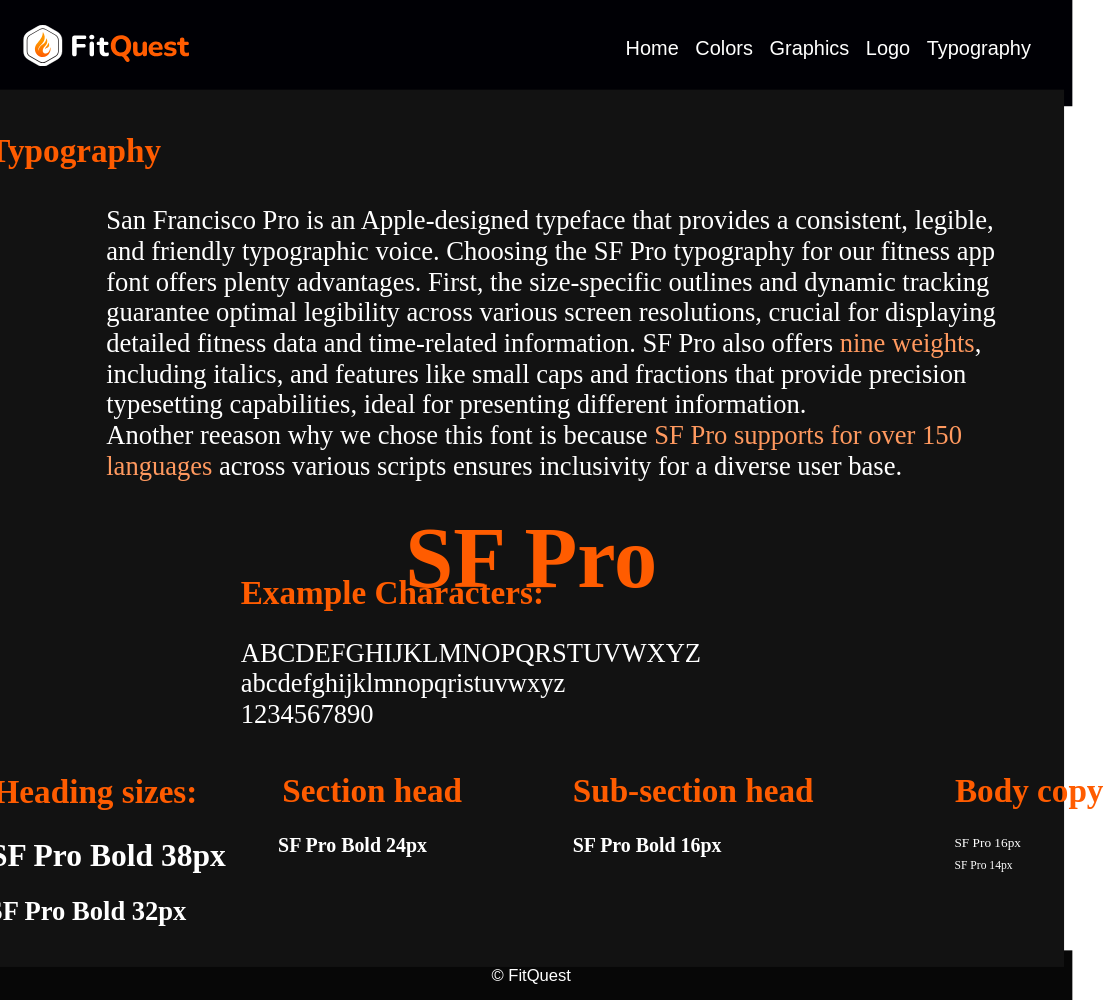
Repository: KyannaKrueger/a5styleguide
Page: /typography
The author's editor kept a copy of each file at every save. The page is drawn from the files as they stood at one save, then again after the next save.
The browser window is 1280 px wide. The page is 1340 px wide, so the pictures cover 1340 px, including what lies to the right of the window. The pictures show the whole page, at 83% of full size.
The project was rebuilt for these pictures with package versions that can differ from the ones it lists, and the page was loaded fresh each time. The framework's server and built-in components were replaced by stand-ins that run in the browser. Also part of the build but not shown: next.config.mjs.

Above is the page before, as saved 2024-04-09 12:00:40.

### pages/typography.js
import styles from "@/styles/typography.module.css";
import Header from "@/components/Header";
import Footer from "@/components/Footer";
import Head from 'next/head';

export default function Typography() {
    return (
      <>
      <Head>
        <title>Your Page Title</title>
        <link rel="preconnect" href="https://fonts.googleapis.com" />
        <link rel="preconnect" href="https://fonts.gstatic.com" crossOrigin="true" />
        <link href="https://fonts.googleapis.com/css2?family=Nunito:ital,wght@0,200..1000;1,200..1000&display=swap" rel="stylesheet" />
      </Head>
      <Header/>
        <main className={styles.typography}>
        <h1 className={styles.typoTitle}>Typography</h1>
        <p className={styles.typoText}>San Francisco Pro is an Apple-designed typeface that provides a consistent, legible, and friendly typographic voice.

            Choosing the SF Pro typography for our fitness app font offers plenty advantages. First, the size-specific outlines and dynamic tracking guarantee optimal legibility across various screen resolutions, crucial for displaying detailed fitness data and time-related information.

            SF Pro also offers <span className={styles.orange}>nine weights</span>, including italics, and features like small caps and fractions that provide precision typesetting capabilities, ideal for presenting different information.<br/>

            Another reeason why we chose this font is because  <span className={styles.orange}>SF Pro supports for over 150 languages</span> across various scripts ensures inclusivity for a diverse user base.</p>
        <h1 className={styles.bigSF}>SF Pro</h1>
        <div className={styles.exampleContainer}>
          <div className={styles.mainExContainer}>
              <h3 className={styles.characterH}>Example Characters:</h3>
              <p className={styles.characters}>ABCDEFGHIJKLMNOPQRSTUVWXYZ<br/>abcdefghijklmnopqristuvwxyz<br/>1234567890</p>
          </div>
        </div>
        <h3 className={styles.headingH}>Heading sizes:</h3>
        <p className={styles.hOne}>SF Pro Bold 38px</p>
        <p className={styles.hTwo}>SF Pro Bold 32px</p>
        <div className={styles.subContainer}>
          <div className={styles.subConOne}>
            <h3 className={styles.sec}>Section head</h3>
            <p className={styles.secH}>SF Pro Bold 24px</p>
          </div>
          <div className={styles.subCon}>
            <h3 className={styles.secSub}>Sub-section head</h3>
            <p className={styles.sub}>SF Pro Bold 16px</p>
          </div>
          <div className={styles.bodyContainer}>
            <h3 className={styles.bodyCopy}>Body copy</h3>
            <p className={styles.bodyOne}>SF Pro 16px</p>
            <p className={styles.bodyTwo}>SF Pro 14px</p>
          </div>
        </div>
        </main>
        <Footer/>
      </>
    );
  }

### styles/typography.module.css
.typography {
    display: flex;
    flex-direction: column;
    align-items: center;
    text-align: left;
    padding: 6rem;
    min-height: 90vh;
    background-color: #121212;
    margin:-10px;
    padding: 0px;
    font-family: SF pro;
    position: relative;
  }

  .typoTitle{
    color: #ff5c00;
    margin-left: -1100px;
    margin-bottom: -8px;
    margin-top: 50px;
    font-size: 40px;
  }

  .orange {
    color: #ff995f;
  }

  .typoText {
    color:#ffffff;
    font-family: SF pro;
    font-size: 32px;
    padding: 80px;
    margin-top: -30px;
    margin-left: 50px;
  }

  .bigSF {
    color: #ff5c00;
    font-size: 104px;
    margin-top: -80px;
    margin-bottom: 0px;
  }

  .characterH {
    color: #ff5c00;
    text-align: left;
    margin-left: -700px;
    margin-top: -40px;
    font-size: 40px;
  }

.characters {
    color: #ffffff;
    margin-left: -700px;
    margin-top: -10px;
    font-size: 32px;
}

.headingH {
    color: #ff5c00;
    text-align: left;
    margin-left: -1050px;
    margin-top: 20px;
    font-size: 40px;
  }

.exampleContainer {
    display: flex;
    flex-direction: row;
    justify-content: space-between;
    margin-left: 700px;
}

.mainExContainer {
    display: flex;
    flex-direction: column;
}

.logoExContainer {
    display: flex;
    flex-direction: column;
    margin-top: -50px;
}

.logoExH {
    color: #ff5c00;
    text-align: left;
    margin-left: 0px;
    margin-top: 0px;
    font-family: Nunito;
    font-weight: 800;
    font-size: 40px;
  }

  .charactersLogo{
    color: #ffffff;
    margin-left: 0px;
    margin-top: 0px;
    font-family: Nunito;
    font-weight: 800;
    font-size: 32px;
}

.headingDescript {
    color: #fff;
    margin-left: -650px;
    margin-top: -10px;
    font-size: 32px;
}

.hOne {
    font-family: SF Pro;
    font-weight:bold;
    color:#fff;
    font-size: 38px;
    margin-left: -1020px;
    margin-top: -10px;
}

.hTwo {
    font-family: SF Pro;
    font-weight:bold;
    color:#fff;
    font-size: 32px;
    margin-left: -1070px;
    margin-top: -10px;
}

.subContainer {
    display: flex;
    flex-direction: row;
    justify-content: space-between;
    margin-left:400px;
    margin-top: -260px;
    width: 1000px;
    margin-bottom: 100px;
}

.subConOne {
 display: flex;
 flex-direction: row;
 display: flex;
 flex-direction: column;
 align-items: flex-start;
 width: 1000px;
 margin-left: 0px;
}

.sec {
  color: #ff5c00;
  font-size: 40px;
  margin-left: 00px;
}

.secH {
  color: #fff;
  font-size: 24px;
  font-weight: bold;
  margin-left: -5px;
  margin-top: -10px;
}

.subCon {
  display: flex;
  flex-direction: column;
  align-items: flex-start;
  margin-left: 700px;
  margin-right: 50px;
}

.secSub {
  color: #ff5c00;
  font-size: 40px;
  margin-left: -600px;
}

.sub {
  color: #fff;
  font-size: 24px;
  font-weight: bold;
  margin-left: -600px;
  margin-top: -10px;
}

.bodyContainer {
  display: flex;
  flex-direction: column;
  align-items: center;
}

.bodyCopy {
  color: #ff5c00;
  font-size: 40px;
  margin-left: -200px;
}

.bodyOne {
  color: #fff;
  font-size: 16px;
  margin-left: -300px;
  margin-top: -10px;
}

.bodyTwo {
  color: #fff;
  font-size: 14px;
  margin-left: -310px;
  margin-top: -5px;
}

### components/Header/index.js
import styles from './header.module.css';
import Link from 'next/link';

export default function Header() {
  return (
    <>
      <main className={styles.header}>
        <div className={styles.logoContainer}>
          <Link href="/">
            <img src="/fQDarkLogo.svg" className={styles.logo} alt="FitQuest Logo" />
          </Link>
        </div>
        <nav className={styles.navBarContainer}>
          <ul className={styles.navBar}>
            <li className={styles.navItem}>
              <Link href="/" className={styles.headLink}>
                Home
              </Link>
            </li>
            <li className={styles.navItem}>
              <Link href="/colors" className={styles.headLink}>
                Colors
              </Link>
            </li>
            <li className={styles.navItem}>
              <Link href="/graphics" className={styles.headLink}>
                Graphics
              </Link>
            </li>
            <li className={styles.navItem}>
              <Link href="/logo" className={styles.headLink}>
                Logo
              </Link>
            </li>
            <li className={styles.navItem}>
              <Link href="/typography" className={styles.headLink}>
                Typography
              </Link>
            </li>
          </ul>
        </nav>
      </main>
    </>
  );
}

### components/Footer/index.js
import styles from './footer.module.css';

export default function Footer() {
  return (
    <>
      <main className={styles.footer}>
      <p className={styles.rights}>© FitQuest</p>
      </main>
    </>
  );
}

### components/Header/header.module.css
.header {
        background-color: #000005;
        color: #fff;
        font-family: 'Lucida Sans', 'Lucida Sans Regular', 'Lucida Grande', 'Lucida Sans Unicode', Geneva, Verdana, sans-serif;
        font-size: 24px;
        height: 140px;
        display: flex;
        justify-content: space-between;
        align-items: center;
        margin: -20px;
      }

      .logoContainer {
        margin-left: 40px;
      }

      .logo {
        width: 200px;
        height: auto;
      }

      .navBarContainer {
        margin-right: 40px;
      }

      .navBar {
        list-style-type: none;
        display: flex;
        justify-content: flex-end;
        padding: 0;
        margin: 0;
      }

      .navItem {
        padding: 0 10px;
      }

      .headLink {
        color: #fff;
        text-decoration: none;
        font-family: 'SF Pro', sans-serif;
      }

      .headLink:hover {
        color: #FF5C00;
      }

### components/Footer/footer.module.css
.footer {
  background-color: #070707;
  height: 60px;
  display: flex;
  justify-content: flex-start;
  flex-direction: row;
  align-items: center;
  margin:-20px;
  }

.rights {
  color: #fff;
  font-size: 20px;
  font-family: Arial, Helvetica, sans-serif;
  margin: auto;
}

Loaded but not shown: pages/_app.js (common file); pages/_document.js (common file); styles/globals.css (common file)

After the next save:
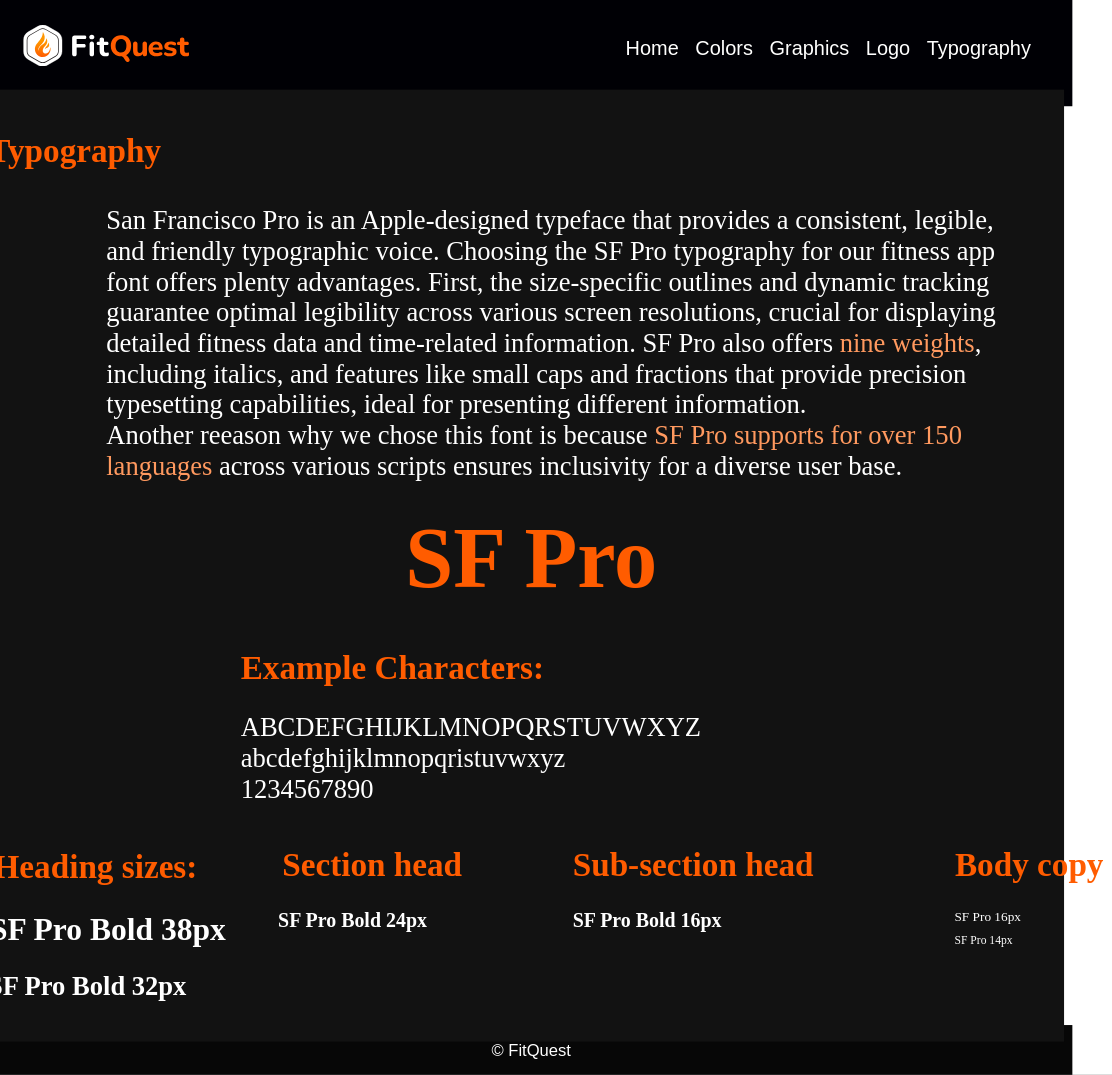
Saved 26 s later.
--- a/styles/typography.module.css
+++ b/styles/typography.module.css
@@ -44,7 +44,7 @@
     color: #ff5c00;
     text-align: left;
     margin-left: -700px;
-    margin-top: -40px;
+    margin-top: 50px;
     font-size: 40px;
   }
 
